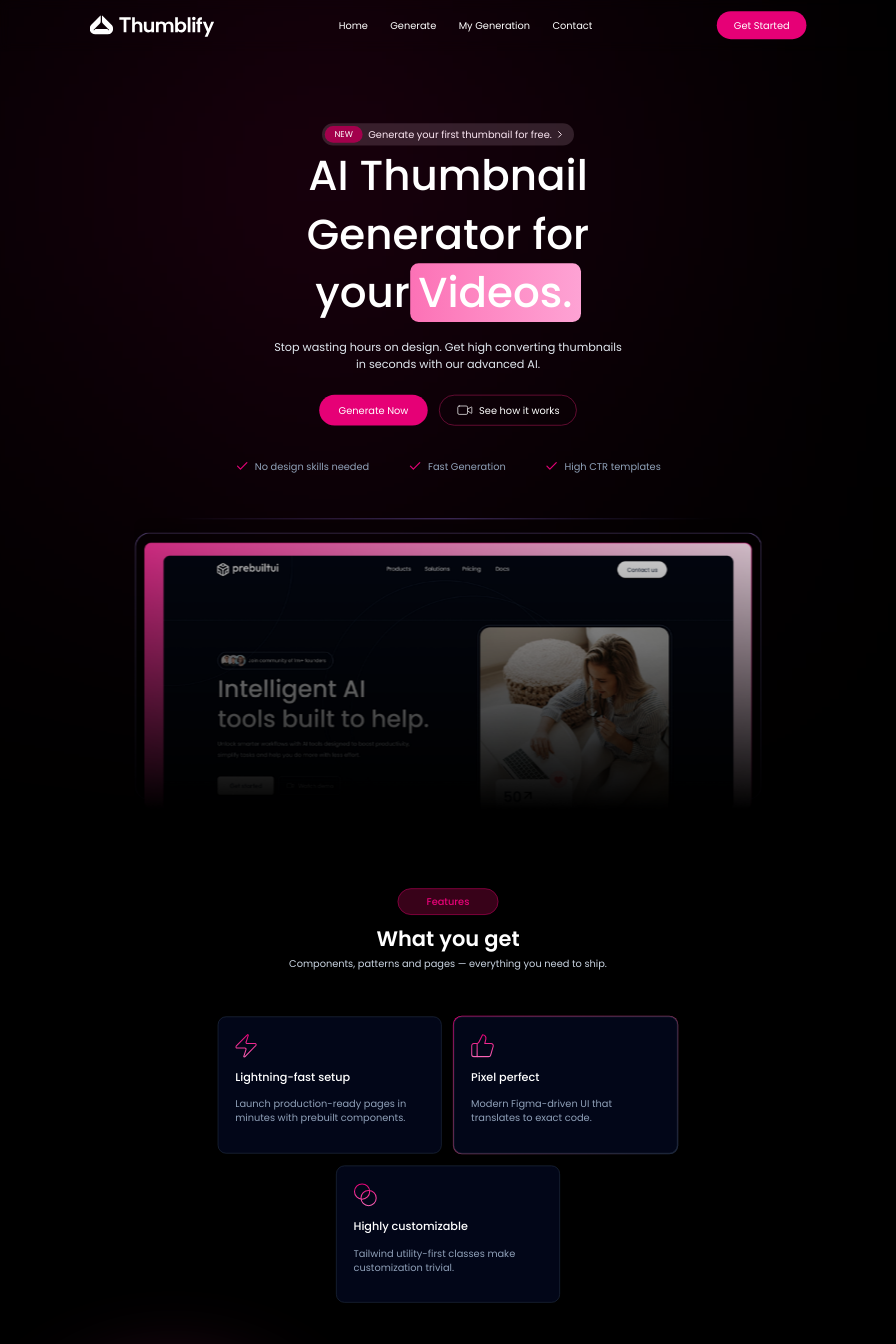
Repository: abhiraj33181/Thumblify
Page: / (app in client/)
The author's editor kept a copy of each file at every save. The page is drawn from the files as they stood at one save, then again after the next save.
The browser window is 1280 px wide. The pictures show the part of the page from y = 0 to 1920 px (the page is 5380 px tall before and 5296 px after), at 70% of full size.
The project was rebuilt for these pictures with package versions that can differ from the ones it lists, and the page was loaded fresh each time. Also part of the build but not shown: client/vite.config.ts.

Above is the page before, as saved 2026-01-08 09:30:28.

After the next save:
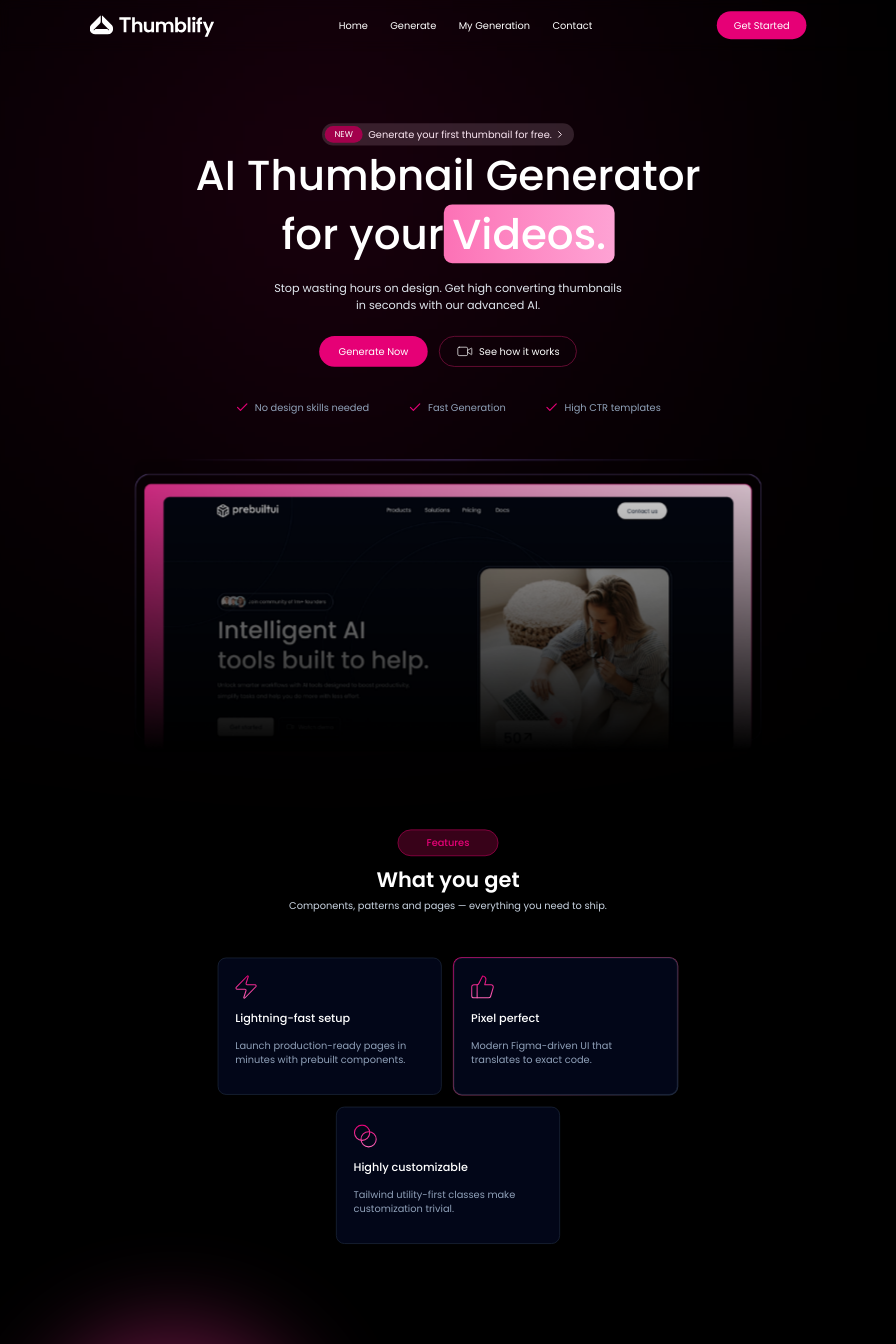
Saved 21 s later.
--- a/client/src/sections/HeroSection.tsx
+++ b/client/src/sections/HeroSection.tsx
@@ -29,7 +29,7 @@ export default function HeroSection() {
                     <ChevronRightIcon size={16} className="group-hover:translate-x-0.5 transition duration-300" />
                 </p>
             </motion.a>
-            <motion.h1 className="text-5xl/17 md:text-6xl/21 font-medium max-w-2xl text-center"
+            <motion.h1 className="text-5xl/17 md:text-6xl/21 font-medium max-w-3xl text-center"
                 initial={{ y: 50, opacity: 0 }}
                 whileInView={{ y: 0, opacity: 1 }}
                 viewport={{ once: true }}
